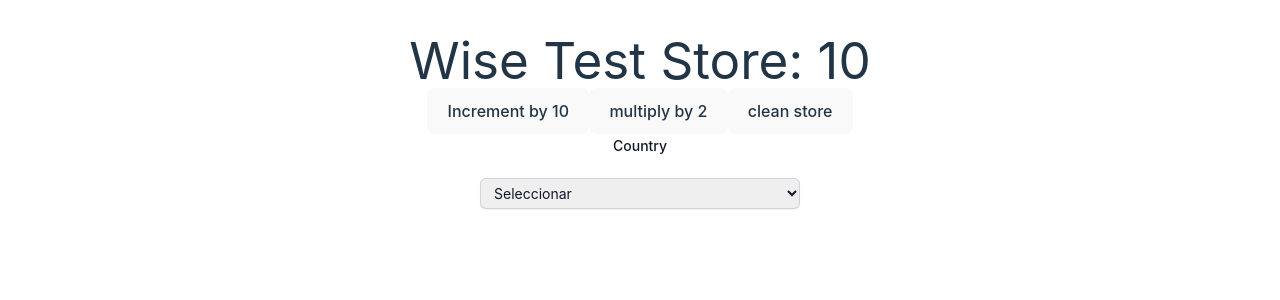
Repository: marianozamora/reactredux-wise
Page: /
The author's editor kept a copy of each file at every save. The page is drawn from the files as they stood at one save, then again after the next save.
The browser window is 1280 px wide. The pictures show the whole page.
The page's requests for data from a server got no answer. The project was rebuilt for these pictures with package versions that can differ from the ones it lists, and the page was loaded fresh each time. No one was signed in, and anything a server would have sent is missing. Also part of the build but not shown: vite.config.ts.

Above is the page before, as saved 2023-04-08 02:18:55.

### src/App.tsx
import React from "react";
import "./App.css";
import { useEffect } from "react";
import shallow from "zustand/shallow";
import { useCounterStore } from "./store/counterStore";


function App() {
  const { count, title, products, filter } = useCounterStore(
    (state) => ({
      count: state.count,
      title: state.title,
      products: state.products,
      filter: state.filter
    }),
    shallow
  );
  const { increment, getProducts, cleanStore, multiply, getFilters } = useCounterStore();

  useEffect(() => {
    getProducts();
    getFilters();
  }, []);
  return (
    <div className="md:container md:mx-auto ">
      <h1>
        {title}: {count}
      </h1>

      <div>
        <button
          onClick={() => {
            increment(10);
          }}
        >
          Increment by 10
        </button>

        <button onClick={() => multiply(2)}>multiply by 2</button>

        <button onClick={() => cleanStore()}>clean store</button>
      </div>

      <form>
        <div className="sm:col-span-3 align-middle text-center ">
            <label htmlFor="country" className="block text-sm font-medium leading-6 text-gray-900">Country</label>
            <div className="mt-2">
            <select id="country" name="country" autoComplete="country-name" className="block w-full rounded-md border-0 py-1.5 text-gray-900 shadow-sm ring-1 ring-inset ring-gray-300 focus:ring-2 focus:ring-inset focus:ring-indigo-600 sm:max-w-xs sm:text-sm sm:leading-6 p-[10px] m-auto mb-8 mt-5">
              <option value="">Seleccionar</option>
              {
                filter.map((item,i) => (
                  <option key={i} value={item}>{item}</option>
                ))
              }

              </select>
            </div>
          </div>
      </form>

      <div className="flex justify-center flex-wrap flex-row  ">
      {
        products.map((product) => (


          <div key={product.id} className="max-w-sm bg-white border border-gray-200 rounded-lg shadow dark:bg-gray-800 dark:border-gray-700  m-2 w-full xl:w-[30%] lg:w-[48%]">
            <div
              className="bg-indigo-300 rounded-t-lg ">
              <img className="rounded-t-lg object-cover h-48 w-96 " src={product.image} alt="" />
            </div>
              <div className="p-3">
                  <a href="#">
                    <h5 className="mb-2 text-2xl font-bold tracking-tight text-gray-900 dark:text-white">{ product.title }</h5>
                  </a>
              {/* <p className="mb-3 font-normal text-gray-700 dark:text-gray-400">{product.description}</p> */}

                  <a href="#" className="inline-flex items-center px-3 py-2 text-sm font-medium text-center text-white bg-green-500 rounded-lg hover:bg-green-600 focus:ring-green-300 dark:bg-green-400 dark:hover:bg-green-500 ">
                      Read more
                  </a>
              </div>
          </div>

        ))
      }

      </div>
    </div>
  );
}

export default App;

### src/index.css
@tailwind base;
@tailwind components;
@tailwind utilities;


:root {
  font-family: Inter, system-ui, Avenir, Helvetica, Arial, sans-serif;
  line-height: 1.5;
  font-weight: 400;

  color-scheme: light dark;
  color: rgba(255, 255, 255, 0.87);
  background-color: #242424;

  font-synthesis: none;
  text-rendering: optimizeLegibility;
  -webkit-font-smoothing: antialiased;
  -moz-osx-font-smoothing: grayscale;
  -webkit-text-size-adjust: 100%;
}

/* a {
  font-weight: 500;
  color: #646cff;
  text-decoration: inherit;
}
a:hover {
  color: #535bf2;
} */

body {
  margin: 0;
  display: flex;
  place-items: center;
  /* min-width: 320px;
  min-height: 100vh; */
}

h1 {
  font-size: 3.2em;
  line-height: 1.1;
}

button {
  border-radius: 8px;
  border: 1px solid transparent;
  padding: 0.6em 1.2em;
  font-size: 1em;
  font-weight: 500;
  font-family: inherit;
  background-color: #1a1a1a;
  cursor: pointer;
  transition: border-color 0.25s;
}
/* button:hover {
  border-color: #646cff;
}
button:focus,
button:focus-visible {
  outline: 4px auto -webkit-focus-ring-color;
} */

@media (prefers-color-scheme: light) {
  :root {
    color: #213547;
    background-color: #ffffff;
  }
  a:hover {
    color: white;
  }
  button {
    background-color: #f9f9f9;
  }
}

### src/App.css

#root {
  max-width: 1280px;
  margin: 0 auto;
  padding: 2rem;
  text-align: center  ;
}

/* .logo {
  height: 6em;
  padding: 1.5em;
  will-change: filter;
  transition: filter 300ms;
} */
/* .logo:hover {
  filter: drop-shadow(0 0 2em #646cffaa);
}
.logo.react:hover {
  filter: drop-shadow(0 0 2em #61dafbaa);
} */

@keyframes logo-spin {
  from {
    transform: rotate(0deg);
  }
  to {
    transform: rotate(360deg);
  }
}

@media (prefers-reduced-motion: no-preference) {
  a:nth-of-type(2) .logo {
    animation: logo-spin infinite 20s linear;
  }
}

.card {
  padding: 2em;
}

.read-the-docs {
  color: #888;
}

### src/store/counterStore.ts
import create from "zustand";

export interface Product {
    id: number;
    title: string;
    body: string;
    price: number;
    category: string;
    description: string;
    image: string;
    rating: {
        rate: number;
        count: number;
    };
}

export interface Filter {
    category: string;
}

interface CounterState {
    count: number;
    title: string;
    filter: Filter[];
    products: Product[];
    increment: (value: number) => void;
    getProducts: () => Promise<void>;
    cleanStore: () => void;
    multiply: (value: number) => void;
    getFilters: () => Promise<void>;
}

export const useCounterStore = create<CounterState>((set, get) => ({
    title: "Wise Test Store",
    count: 10,
        products: [],
    filter:[],
    increment: (value: number) =>
        set((state) => ({ ...state, count: state.count + value })),
    getProducts: async () => {
        const products = await (
        await fetch("https://fakestoreapi.com/products")
        ).json();
        set((state) => ({ ...state, products }));
    },
    cleanStore: () => set({}, true),
    multiply: (value: number) => {
        // const count = get().count
        const { count } = get();
        set({ count: count * value });
    },
    getFilters: async () => {
        const filters = await (
        await fetch("https://fakestoreapi.com/products/categories")
        ).json();
        set((state) => ({ ...state, filter:filters }));
    }
}));

Loaded but not shown: index.html (common file); src/main.tsx (common file); tailwind.config.js (common file)

After the next save:
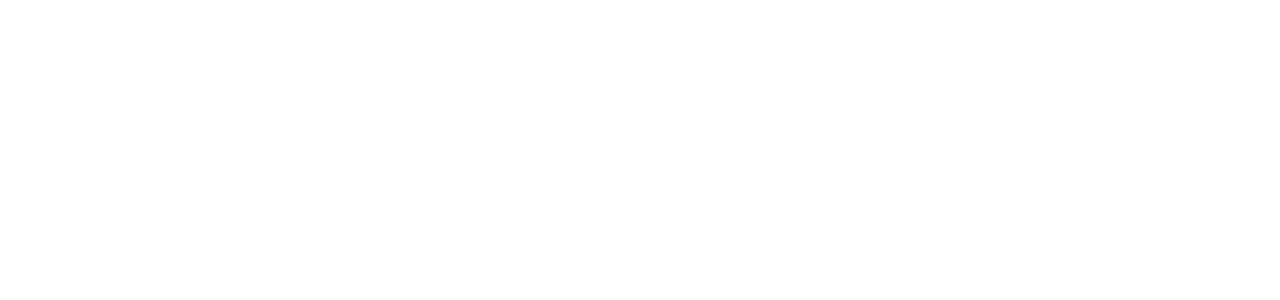
Console error: ReferenceError: devtools is not defined
Saved 2 min 16 s later.
--- a/src/store/counterStore.ts
+++ b/src/store/counterStore.ts
@@ -56,3 +56,17 @@
         set((state) => ({ ...state, filter:filters }));
     }
 }));
+
+const useBearStore = create<BearState>()(
+    devtools(
+      persist(
+        (set) => ({
+          bears: 0,
+          increase: (by) => set((state) => ({ bears: state.bears + by })),
+        }),
+        {
+          name: 'bear-storage',
+        }
+      )
+    )
+  )

After the 2 saves that followed:
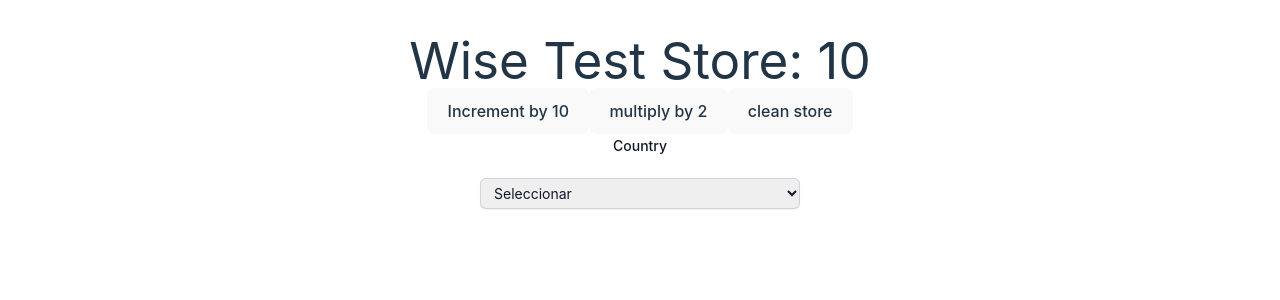
The error is gone.
The 2 saves are shown as one change because 1 left the picture as it was.
The last was saved 42 s later.
--- a/src/store/counterStore.ts
+++ b/src/store/counterStore.ts
@@ -1,4 +1,4 @@
-import create from "zustand";
+import {create} from "zustand";
 
 export interface Product {
     id: number;
@@ -57,16 +57,16 @@
     }
 }));
 
-const useBearStore = create<BearState>()(
-    devtools(
-      persist(
-        (set) => ({
-          bears: 0,
-          increase: (by) => set((state) => ({ bears: state.bears + by })),
-        }),
-        {
-          name: 'bear-storage',
-        }
-      )
-    )
-  )
+// const useBearStore = create<BearState>()(
+//     devtools(
+//       persist(
+//         (set) => ({
+//           bears: 0,
+//           increase: (by) => set((state) => ({ bears: state.bears + by })),
+//         }),
+//         {
+//           name: 'bear-storage',
+//         }
+//       )
+//     )
+//   )
